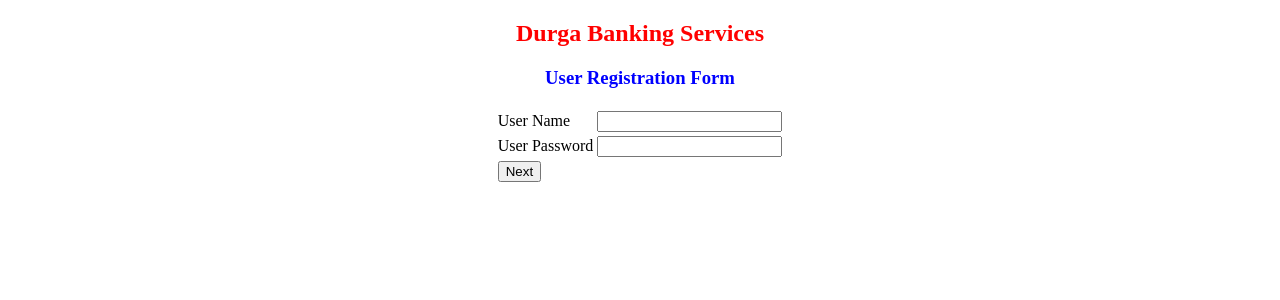
Repository: pranalivm/Servlets
Page: app35/src/main/webapp/registrationform.html
An editor plug-in stored every save of this project. The page is shown before and after the next save, followed by the edit.
The browser window is 1280 px wide. The pictures show the whole page.

Above is the page before, as saved 2023-02-17 06:06:19.

After the next save:
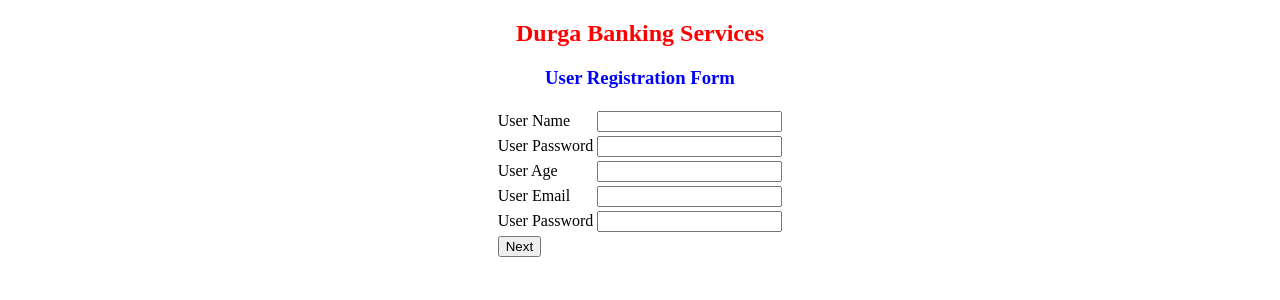
Saved 31 s later.
--- a/app35/src/main/webapp/registrationform.html
+++ b/app35/src/main/webapp/registrationform.html
@@ -20,6 +20,21 @@
 </tr>
 
 <tr>
+	<td>User Age </td>
+	<td><input type="text" name="uage" /></td>
+</tr>
+
+<tr>
+	<td>User Email </td>
+	<td><input type="text" name="uemail" /></td>
+</tr>
+
+<tr>
+	<td>User Password </td>
+	<td><input type="text" name="upwd" /></td>
+</tr>
+
+<tr>
 	<td><input type="submit"  value="Next" /></td>
 </tr>
 
